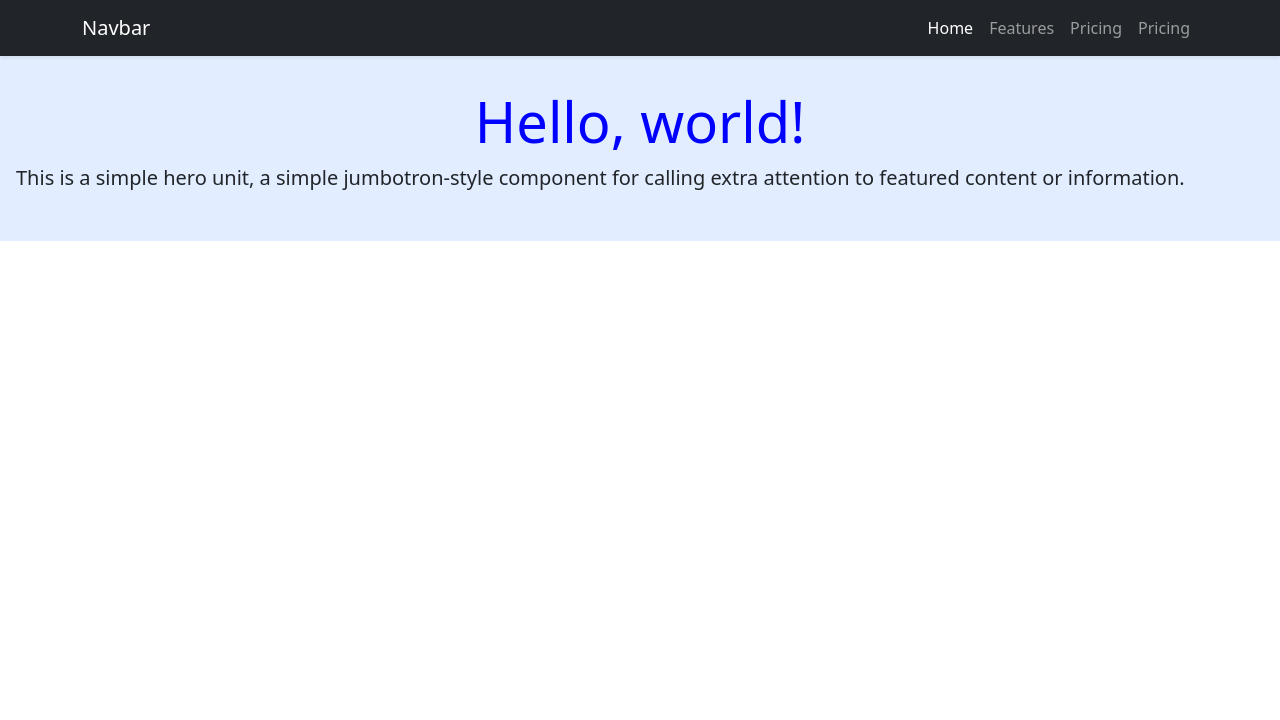
Repository: Novemberdad/gemilangtech.github.io
Page: index.html
These files come from the project's save history. The page is drawn as it stood at one moment and after the next save; the edit follows.
The browser window is 1280 px wide. The pictures show the whole page.

Above is the page before, as saved 2021-07-20 23:28:14.

### index.html
<!DOCTYPE html>
<html lang="en">

<head>
    <!-- Required meta tags -->
    <meta charset="utf-8" />
    <meta name="viewport" content="width=device-width, initial-scale=1" />

    <!-- Bootstrap CSS -->
    <link href="https://cdn.jsdelivr.net/npm/bootstrap@5.0.2/dist/css/bootstrap.min.css" rel="stylesheet" integrity="sha384-EVSTQN3/azprG1Anm3QDgpJLIm9Nao0Yz1ztcQTwFspd3yD65VohhpuuCOmLASjC" crossorigin="anonymous" />

    <!--My CSS-->
    <link rel="stylesheet" href="style.css" />
    <title>My Portofoliio</title>
    <style>
        h1 {
            text-align: center;
            color: blue;
        }
    </style>
</head>

<body>
    <!--NAVBAR-->
    <nav class="navbar navbar-expand-lg navbar-dark bg-dark shadow-sm">
        <div class="container">
            <a class="navbar-brand" href="#">Navbar</a>
            <button class="navbar-toggler" type="button" data-bs-toggle="collapse" data-bs-target="#navbarNav" aria-controls="navbarNav" aria-expanded="false" aria-label="Toggle navigation">
          <span class="navbar-toggler-icon"></span>
        </button>
            <div class="collapse navbar-collapse" id="navbarNav">
                <ul class="navbar-nav ms-auto">
                    <li class="nav-item">
                        <a class="nav-link active" aria-current="page" href="#">Home</a>
                    </li>
                    <li class="nav-item">
                        <a class="nav-link" href="#">Features</a>
                    </li>
                    <li class="nav-item">
                        <a class="nav-link" href="#">Pricing</a>
                    </li>
                    <li class="nav-item">
                        <a class="nav-link" href="#">Pricing</a>
                    </li>
                </ul>
            </div>
        </div>
    </nav>
    <!--AKHIR NAVBAR-->

    <!--jumbortron-->
    <section class="jumbotron">
        <h1 class="display-4">Hello, world!</h1>
        <p class="lead">This is a simple hero unit, a simple jumbotron-style component for calling extra attention to featured content or information.</p>
    </section>
    <!--akhir jumbotron-->
    <script src="https://cdn.jsdelivr.net/npm/bootstrap@5.0.2/dist/js/bootstrap.bundle.min.js" integrity="sha384-MrcW6ZMFYlzcLA8Nl+NtUVF0sA7MsXsP1UyJoMp4YLEuNSfAP+JcXn/tWtIaxVXM" crossorigin="anonymous"></script>

    <!-- Option 2: Separate Popper and Bootstrap JS -->
    <!--
    <script src="https://cdn.jsdelivr.net/npm/@popperjs/core@2.9.2/dist/umd/popper.min.js" integrity="sha384-IQsoLXl5PILFhosVNubq5LC7Qb9DXgDA9i+tQ8Zj3iwWAwPtgFTxbJ8NT4GN1R8p" crossorigin="anonymous"></script>
    <script src="https://cdn.jsdelivr.net/npm/bootstrap@5.0.2/dist/js/bootstrap.min.js" integrity="sha384-cVKIPhGWiC2Al4u+LWgxfKTRIcfu0JTxR+EQDz/bgldoEyl4H0zUF0QKbrJ0EcQF" crossorigin="anonymous"></script>
    -->
</body>

</html>

### style.css
.jumbotron {
    padding: 2rem 1rem;
    background-color: #e2edff;
}

After the next save:
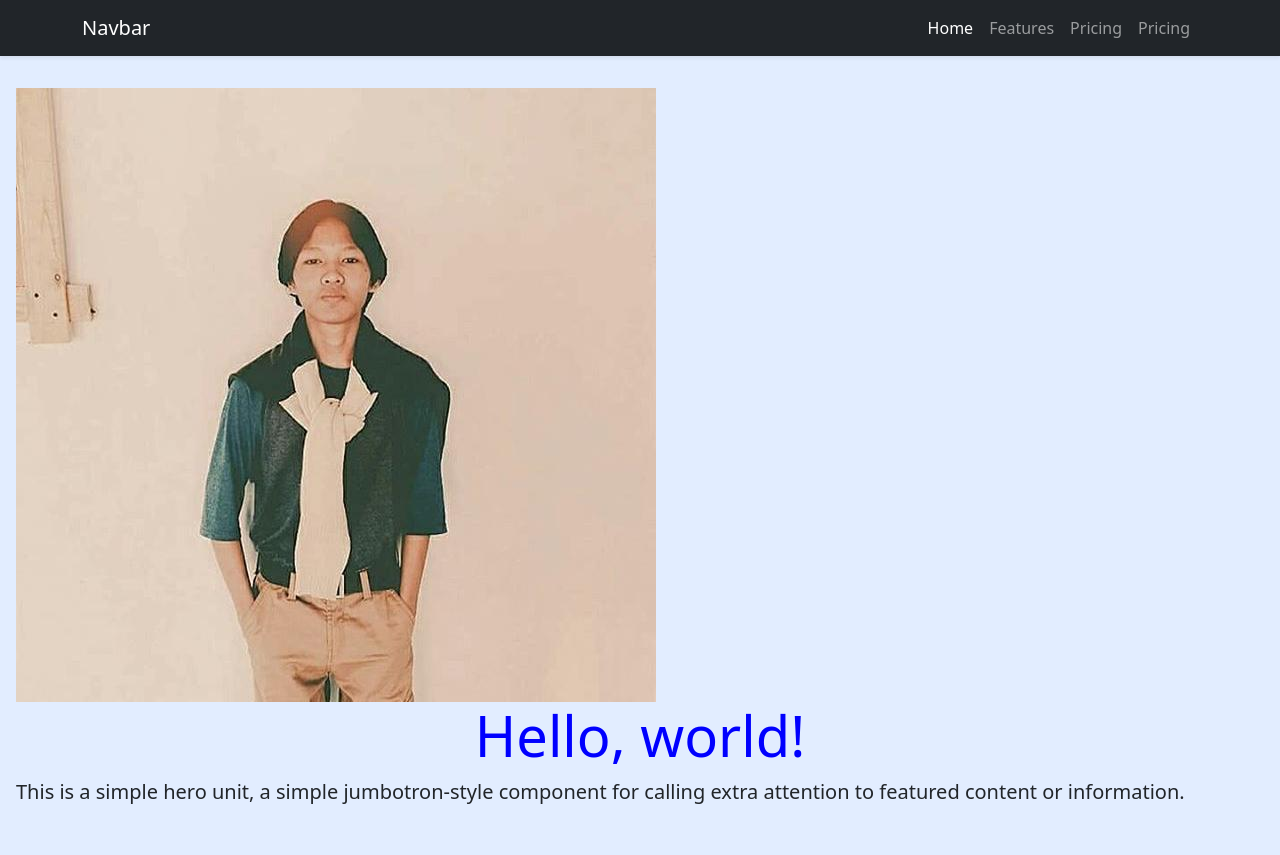
Saved 3 min 1 s later.
--- a/index.html
+++ b/index.html
@@ -50,6 +50,7 @@
 
     <!--jumbortron-->
     <section class="jumbotron">
+        <img src="image/logo.jpg" alt="" />
         <h1 class="display-4">Hello, world!</h1>
         <p class="lead">This is a simple hero unit, a simple jumbotron-style component for calling extra attention to featured content or information.</p>
     </section>
